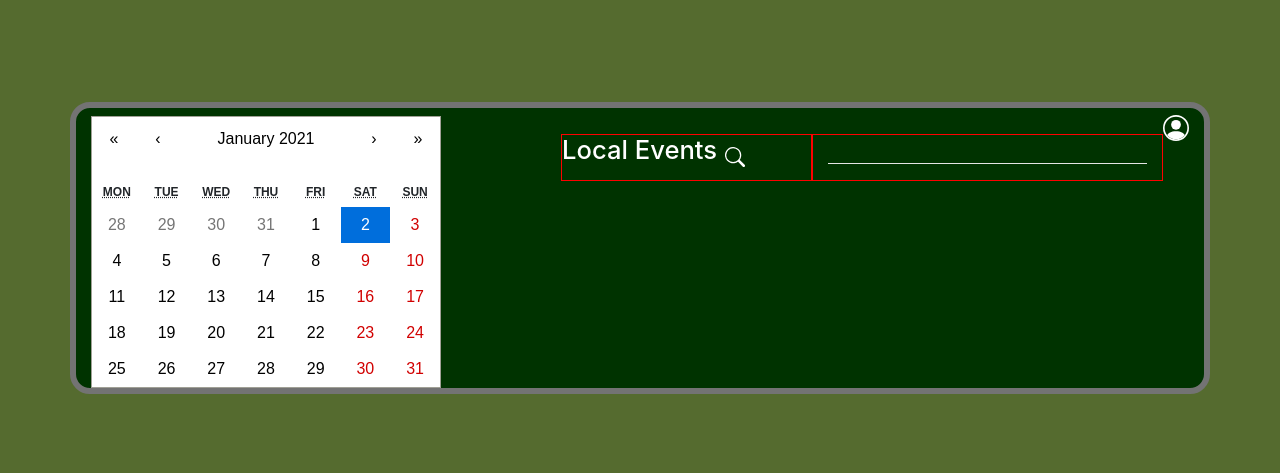
Repository: lalji-yadav/Calendar-code
Page: /
An editor plug-in stored every save of this project. The page is shown before and after the next save, followed by the edit.
The browser window is 1280 px wide. The pictures show the whole page.
The project was rebuilt for these pictures with package versions that can differ from the ones it lists, and the page was loaded fresh each time. Also part of the build but not shown: src/App.css.

Above is the page before, as saved 2021-01-03 14:50:13.

### src/App.js
import logo from './logo.svg';
import './App.css';
import MyApp from './calendar/calendar'
import Home from "./calendar/Home";

function App() {
  return (
    <div>
      <header>

        <Home />

      </header>
    </div>
  );
}

export default App;

### src/calendar/calendar.js
import React, { useState } from 'react';
import 'react-calendar/dist/Calendar.css';
import Calendar from 'react-calendar';

function MyApp() {
  const [value, onChange] = useState(new Date());

  return (
    <div>
      <Calendar
        onChange={onChange}
        value={value}
      />
    </div>
  );
}

export default MyApp;

### src/calendar/Home.js
import React from 'react';
import "./Home.css";
import MyApp from "./calendar";

function Home() {

  return (
    <div className="main">
      <div className='container'>
        <div className="row">
          <div className="col-sm-5 calendar">
             <MyApp />
          </div>
          <div className="col-sm-7">

            <div style={{float:"right", paddingTop:"1%"}}>
            <svg xmlns="http://www.w3.org/2000/svg" width="26" height="26" fill="white" class="bi bi-person-circle" viewBox="0 0 16 16">
            <path d="M13.468 12.37C12.758 11.226 11.195 10 8 10s-4.757 1.225-5.468 2.37A6.987 6.987 0 0 0 8 15a6.987 6.987 0 0 0 5.468-2.63z"/>
             <path fill-rule="evenodd" d="M8 9a3 3 0 1 0 0-6 3 3 0 0 0 0 6z"/>
             <path fill-rule="evenodd" d="M8 1a7 7 0 1 0 0 14A7 7 0 0 0 8 1zM0 8a8 8 0 1 1 16 0A8 8 0 0 1 0 8z"/>
            </svg>
            </div>

            <div className="row" style={{paddingTop:"4%"}}>
               <div className="col-sm-5" style={{border:"1px solid red"}}>
                 <div className="row">
                 <h1 style={{color:"white", fontSize:"2vw"}}>Local Events </h1>
               <svg  style={{margin:"5% 0% 0% 3%"}} xmlns="http://www.w3.org/2000/svg" width="20" height="20" fill="white" class="bi bi-search" viewBox="0 0 16 16">
               <path d="M11.742 10.344a6.5 6.5 0 1 0-1.397 1.398h-.001c.03.04.062.078.098.115l3.85 3.85a1 1 0 0 0 1.415-1.414l-3.85-3.85a1.007 1.007 0 0 0-.115-.1zM12 6.5a5.5 5.5 0 1 1-11 0 5.5 5.5 0 0 1 11 0z"/>
               </svg>
                 </div>
               </div>
               <div className="col-sm-7" style={{border:"1px solid red", paddingTop:"3%"}}>
               <hr style={{marginTop:"10px"}} />

               </div>

            </div>

          </div>
        </div>

        <div className="row">
          <div className="col-sm-5 row">
            <div className="col-sm-4">

            </div>
            <div className="col-sm-4">

            </div>
            <div className="col-sm-4">

            </div>

          </div>

        </div>

      </div>

    </div>
  );
}
export default Home;

### src/calendar/Home.css
.main {
    width: 100%;
    height: 100%;
    position: absolute;
    /* padding: 10% 5% 10% 5%; */
    background-color: darkolivegreen;
}
.container {
    width: 80%;
    /* height: 70%; */
    margin: 8% 10% 8% 10%;
    background-color: #003300;
    border: 6px solid #737373;
    border-radius: 20px;
}
.calendar {
    /* border: 2px solid red; */
    margin-top: 8px;
}
hr {
    color: white;
    width: 100%;
    margin-top: 5em;
    background-color: white;
}
.tablebox {
    margin: 0% 0% 0% 3%;
    padding: 3%;
    width: 91%;
    border-radius: 15px;
    color: black;
    background-color: white;
}

Loaded but not shown: public/index.html (common file); src/index.js (common file); src/index.css (common file); src/reportWebVitals.js (common file)

After the next save:
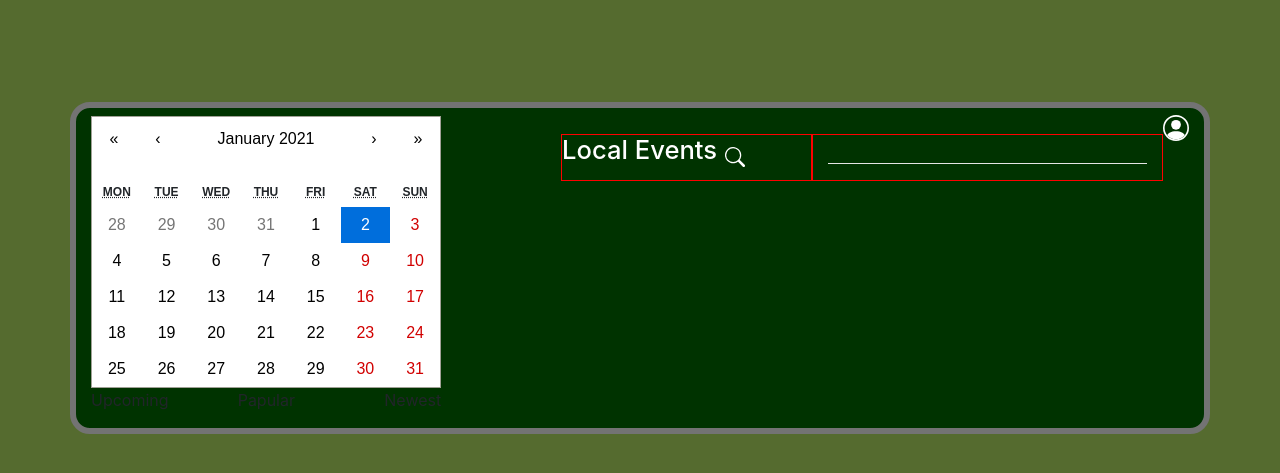
Saved 104 s later.
--- a/src/calendar/Home.js
+++ b/src/calendar/Home.js
@@ -43,13 +43,13 @@
         <div className="row">
           <div className="col-sm-5 row">
             <div className="col-sm-4">
-
+             <p>Upcoming</p>
             </div>
             <div className="col-sm-4">
-
+              <p>Papular</p>
             </div>
             <div className="col-sm-4">
-
+              <p>Newest</p>
             </div>
 
           </div>
